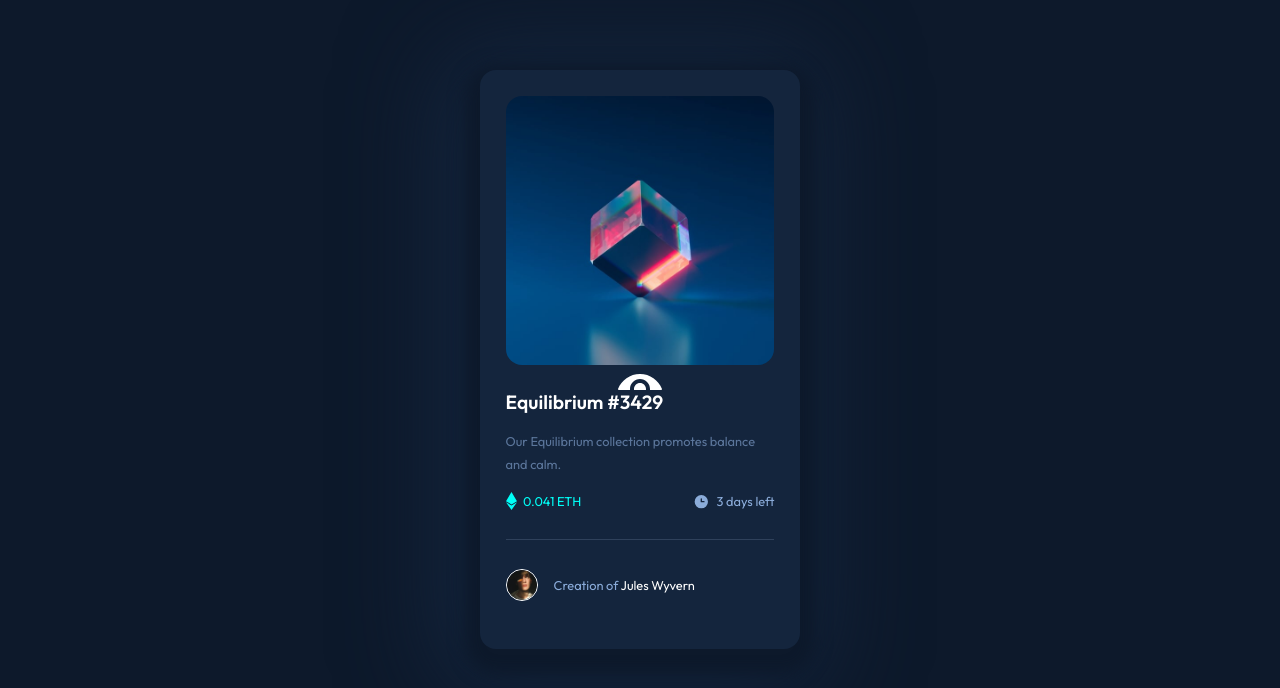
Repository: thaibaocoder1/nft-preview-card-component
Page: index.html
The author's editor kept a copy of each file at every save. The page is drawn from the files as they stood at one save, then again after a run of saves.
The browser window is 1280 px wide. The pictures show the whole page.

Above is the page before, as saved 2023-01-06 20:12:18.

After the next 5 saves:
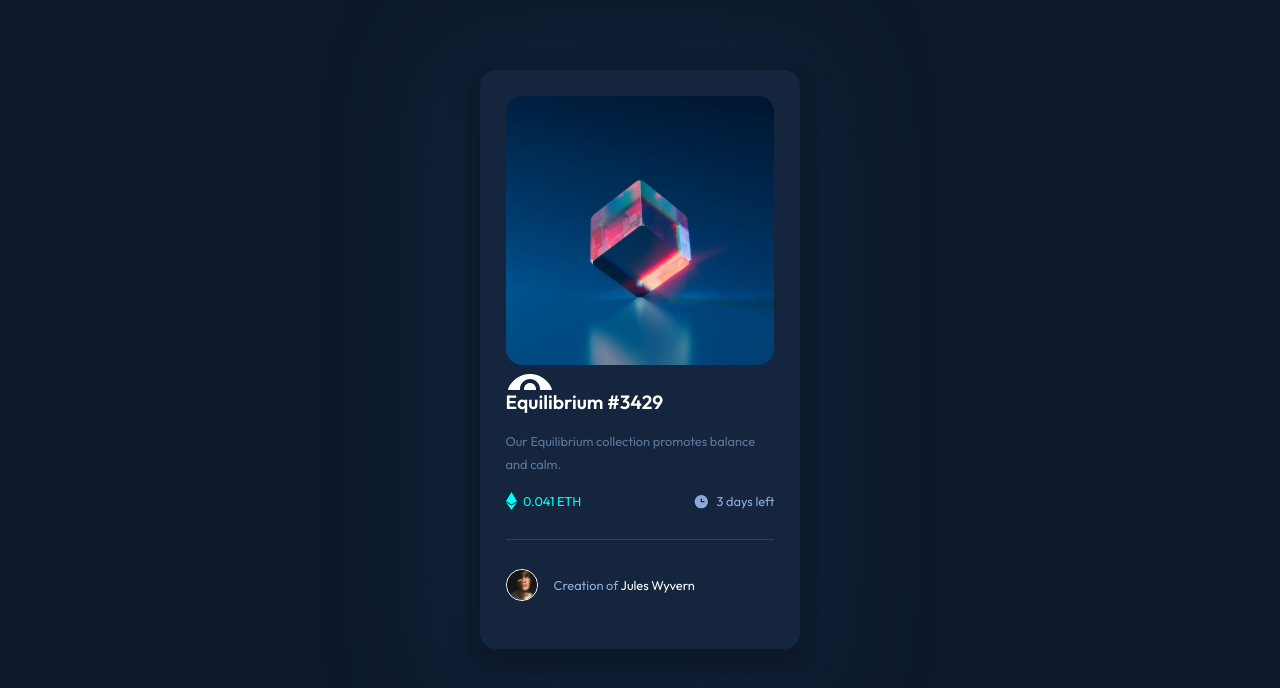
The 5 saves are shown as one change because they came seconds apart.
The last was saved 25 s later.
--- a/style.css
+++ b/style.css
@@ -38,6 +38,9 @@ body {
     padding: 1.6rem;
     position: relative;
     overflow: hidden;
+}
+.container .modal .overlay {
+    position: absolute;
 }
 .container .container-img {
     max-width: 100%;
